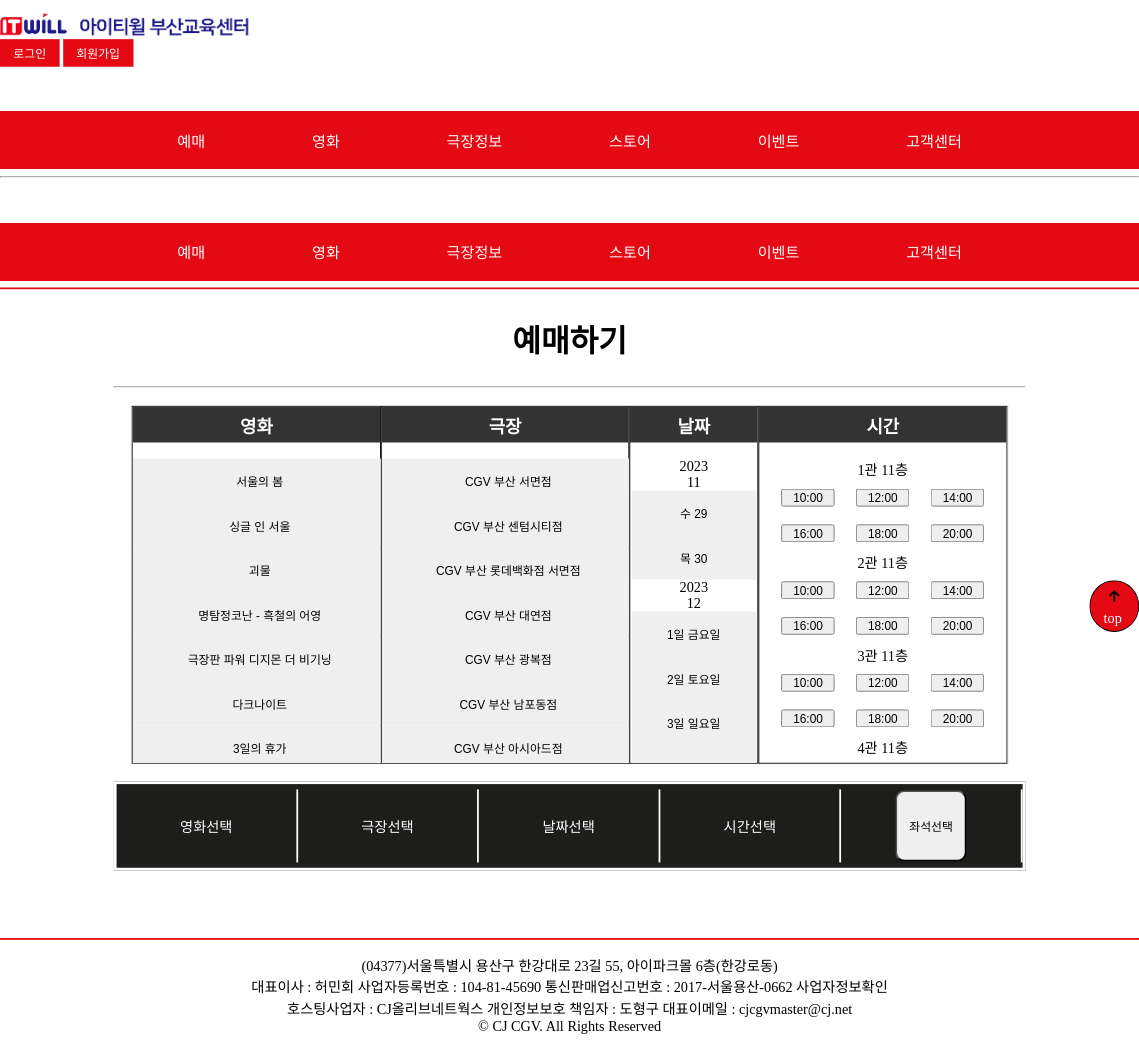
Repository: DeanNote/itwill-archive
Page: http://localhost/First_Project/reserve/movie_select.jsp
These files come from the project's save history. The page is drawn as it stood at one moment and after the next save; the edit follows.
The browser window is 1280 px wide. The pictures show the whole page, at 89% of full size.
Some web libraries are served in a nearby version. The page is served by Tomcat 9.

Above is the page before, as saved 2023-11-29 00:04:05.

After the next save:
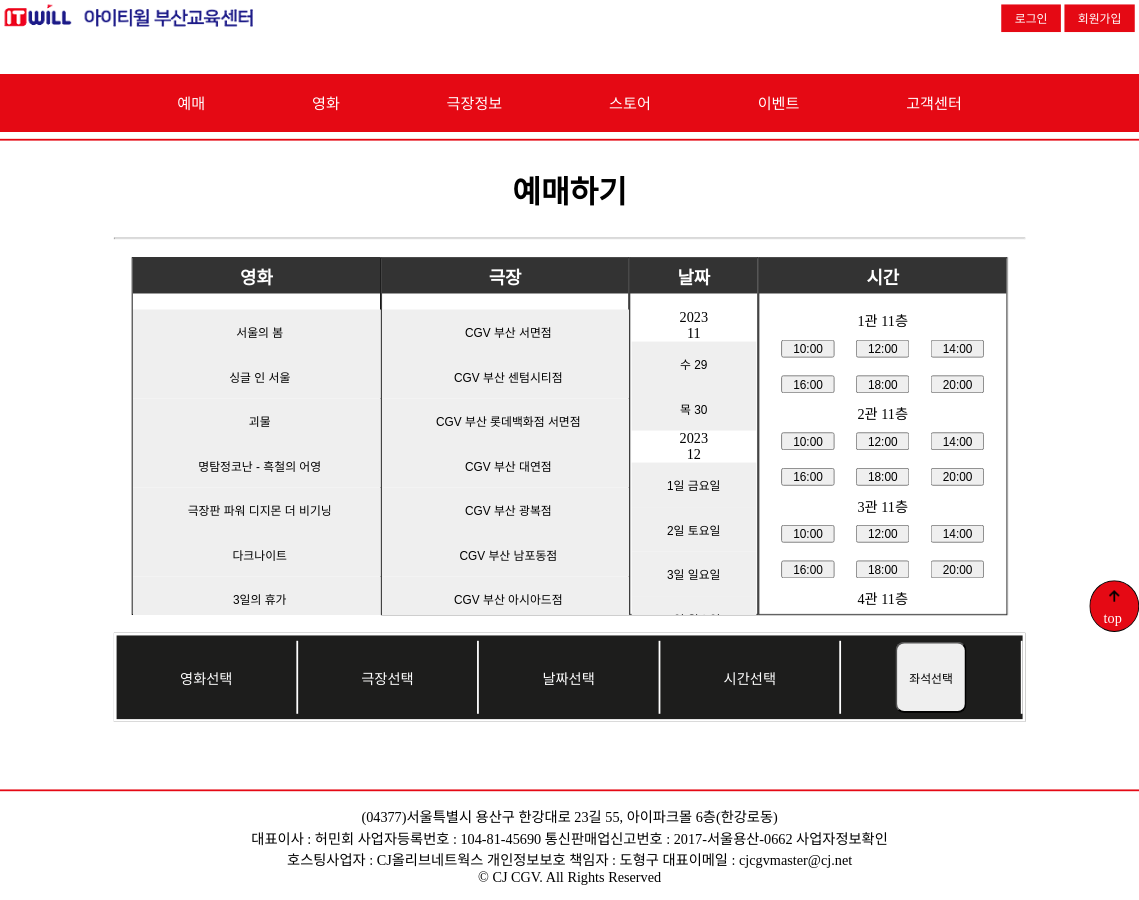
Saved 35 s later.
--- a/iTicket_Eclipse/First_Project/src/main/webapp/inc/top.jsp
+++ b/iTicket_Eclipse/First_Project/src/main/webapp/inc/top.jsp
@@ -1,25 +1,16 @@
 <%@ page language="java" contentType="text/html; charset=UTF-8"
     pageEncoding="UTF-8"%>
+<!-- 외부 CSS 파일(css/default.css) 연결하기 -->
 <link href="${pageContext.request.contextPath}/css/default.css" rel="stylesheet" type="text/css">
 <div id ="top_area">
 	<div id="member_area">
-		<div>
+		<div id="logo">
 			<a href="${pageContext.request.contextPath}/main.jsp"><img src="${pageContext.request.contextPath }/img/logo.png"></a>
 		</div>
-		<div>
+		<div id="member">
 			<a href="${pageContext.request.contextPath}/login/login.jsp"> <input type="button" value="로그인"></a>
-			<input type="button" onclick="location.href='join/join_form.jsp'" value="회원가입">
+			<a href="${pageContext.request.contextPath}/join/join_certification.jsp"><input type="button" value="회원가입"></a>
 		</div>
 	</div>
-	<div id="menu_nav">
-		<nav>
-			<a href="/reserve/movie_select.jsp">예매</a>
-			<a href="movie/release.jsp">영화</a>
-			<a href="">극장정보</a>
-			<a href="store/store.jsp">스토어</a>
-			<a href="">이벤트</a>
-			<a href="">고객센터</a>
-		</nav>
-	</div>
-	<hr>
+
 </div>
